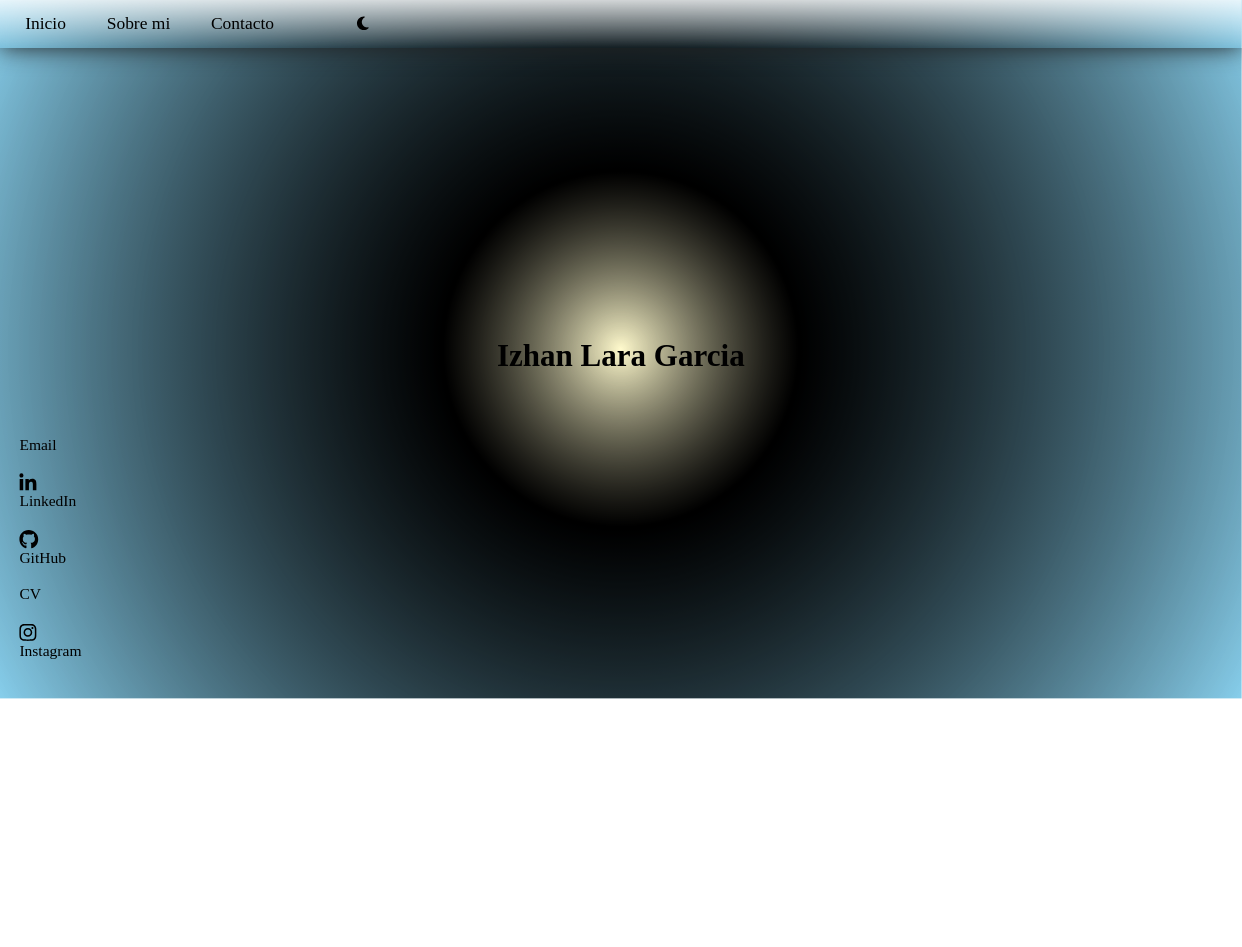
Repository: izhanlaraagarcia/izhanlaraagarcia.github.io
Page: / (app in vite-project/)
An editor plug-in stored every save of this project. The page is shown before and after the next save, followed by the edit.
The browser window is 1280 px wide. The pictures show the whole page, at 97% of full size.
The project was rebuilt for these pictures with package versions that can differ from the ones it lists, and the page was loaded fresh each time. Also part of the build but not shown: vite-project/vite.config.js, vite-project/src/pages/About/styles/about.scss, vite-project/src/pages/About/about.jsx, vite-project/src/pages/Contact/contact.jsx.

Above is the page before, as saved 2024-08-19 14:07:03.

### vite-project/index.html
<!doctype html>
<html lang="en">
  <head>
    <meta charset="UTF-8" />
    <meta name="viewport" content="width=device-width, initial-scale=1.0" />
    <title>Izhan Lara Garcia</title>
  </head>
  <body>
    <div id="root"></div>
    <script type="module" src="/src/main.jsx"></script>
  </body>
</html>

### vite-project/src/App.jsx
import React from "react";
import { BrowserRouter as Router, Route, Routes } from "react-router-dom";
import Menu from "./Componentes-Generales/menu.jsx";
import Inicio from "./Home/Inicio.jsx";
import About from "./pages/About/about.jsx";
import Contact from "./pages/Contact/contact.jsx";
import { ThemeProvider } from "./Constants/themaContext.jsx";

import { library } from "@fortawesome/fontawesome-svg-core";
import { fas } from "@fortawesome/free-solid-svg-icons";

library.add(fas);

class App extends React.Component {
  render() {
    return (
      <ThemeProvider>
        <Router>
          <Menu />
          <Routes>
            <Route path="/" element={<Inicio />} />
            <Route path="/sobre-mi" element={<About />} />
            <Route path="/contacto" element={<Contact />} />
          </Routes>
        </Router>
      </ThemeProvider>
    );
  }
}

export default App;

### vite-project/src/index.css
/* :root {
  font-family: Inter, system-ui, Avenir, Helvetica, Arial, sans-serif;
  line-height: 1.5;
  font-weight: 400;

  color-scheme: light dark;
  color: rgba(255, 255, 255, 0.87);
  background-color: #242424;

  font-synthesis: none;
  text-rendering: optimizeLegibility;
  -webkit-font-smoothing: antialiased;
  -moz-osx-font-smoothing: grayscale;
}

a {
  font-weight: 500;
  color: #646cff;
  text-decoration: inherit;
}

a:hover {
  color: #535bf2;
}



h1 {
  font-size: 3.2em;
  line-height: 1.1;
}

button {
  border-radius: 8px;
  border: 1px solid transparent;
  padding: 0.6em 1.2em;
  font-size: 1em;
  font-weight: 500;
  font-family: inherit;
  background-color: #1a1a1a;
  cursor: pointer;
  transition: border-color 0.25s;
}

button:hover {
  border-color: #646cff;
}

button:focus,
button:focus-visible {
  outline: 4px auto -webkit-focus-ring-color;
}

@media (prefers-color-scheme: light) {
  :root {
    color: #213547;
    background-color: #ffffff;
  }

  a:hover {
    color: #747bff;
  }

  button {
    background-color: #f9f9f9;
  }
} */

body {
  right: 0;
  margin: 0%;
  width: 100%;
  margin-top: 20%;
  text-align: center;
  min-width: 320px;
  min-height: 100vh;

}

button {
  border-radius: 8px;
  border: 1px solid transparent;
  padding: 0.6em 1.2em;
  font-size: 1em;
  font-weight: 500;
  font-family: inherit;
  background-color: #1a1a1a;
  cursor: pointer;
  transition: border-color 0.25s;
}

### vite-project/src/Componentes-Generales/menu.jsx
import React from "react";
import { Link } from "react-router-dom";
import "./styles/menu.scss";
import TemaComponent from "./thema";
import { useTheme } from "../Constants/themaContext";

// import { LANGUAGES } from "../Constants/lenguaje";

const Menu = () => {
  const { dark } = useTheme();
  return (
    <header>
      <nav className={`menu ${dark ? 'dark-mode' : 'light-mode'}`}>
        <ul>
          <li>
            <Link to="/">Inicio</Link>
            <i className="fas fa-address-card" aria-hidden="true"></i>
          </li>
          <li>
            <Link to="/sobre-mi">Sobre mi</Link>
          </li>
          <li>
            <Link to="/contacto">Contacto</Link>
          </li>
          <li>
            <TemaComponent />
          </li>
        </ul>
      </nav>
    </header>
  );
};

export default Menu;

### vite-project/src/Home/Inicio.jsx
import React from "react";
import "./Styles/estilos.scss";
import Background from "../Componentes-Generales/background";

import SocialMedia from '../Componentes-Generales/social';


const Inicio = () => {
  return (
    <div className="portfolio">
      <header>
        <h1>Izhan Lara Garcia</h1>
      </header>
      <div className="social-media-container">
        <SocialMedia/>
      </div>
      <Background/>
    </div>
  );
};

export default Inicio;

### vite-project/src/Constants/themaContext.jsx
import React, { createContext, useState, useContext } from "react";

const ThemeContext = createContext();

export const useTheme = () => useContext(ThemeContext);

export const ThemeProvider = ({ children }) => {
  const [dark, setDark] = useState(false);

  const toggleTheme = () => {
    setDark((prevDark) => !prevDark);
  };

  return (
    <ThemeContext.Provider value={{ dark, toggleTheme }}>
      {children}
    </ThemeContext.Provider>
  );
};

### vite-project/src/Componentes-Generales/styles/menu.scss
/* src/Componentes-Generales/styles/menu.css */

nav {
  top: 0;
  right: 0;
  margin: 0;
  padding: 0;
  position: fixed;
  width: 100%;
  background: linear-gradient(to bottom, rgba(255, 255, 255, 0.8), rgba(255, 255, 255, 0)) no-repeat;
  backdrop-filter: blur(5px);
  box-shadow: 0px 0px 25px #222;
  z-index: 10;

}

nav ul {
  list-style-type: none;
  padding: 0;
  margin: 0;
  display: flex;
  align-items: center;
}

nav li {
  margin-left: 10px;
}

nav a {
  display: flex;
  align-items: center;
  text-align: center;
  padding: 14px 16px;
  text-decoration: none;
  font-size: 18px;
  color: inherit;
  position: relative;
  overflow: hidden;
  transition: color 0.3s;
}

nav a:hover {
  color: #00aaff;
}

.fa-icon {
  margin-left: 8px;
}

.light-mode {
  color: black;
}

.dark-mode {
  color: white;
}

body {
  transition: background-color 0.5s, color 0.5s;
}

#tema {
  margin-left: 10px;
}

### vite-project/src/Componentes-Generales/thema.jsx
// TemaComponent.jsx
import React from "react";
import { FontAwesomeIcon } from "@fortawesome/react-fontawesome";
import { faSun, faMoon } from "@fortawesome/free-solid-svg-icons";
import { useTheme } from "../Constants/themaContext"; // Asegúrate de importar correctamente

const TemaComponent = () => {
  const { dark, toggleTheme } = useTheme();

  const handleClick = () => {
    toggleTheme();
    if (dark) {
      document.body.style.backgroundColor = "white";
      document.body.classList.remove("dark-mode");
      document.body.classList.add("light-mode");
    } else {
      document.body.style.backgroundColor = "black";
      document.body.classList.remove("light-mode");
      document.body.classList.add("dark-mode");
    }
  };

  return (
    <button
      id="tema"
      style={{
        cursor: "pointer",
        background: "none",
        border: "none",
        outline: "none",
        marginLeft: "80%",
      }}
      onClick={handleClick}
      aria-label={dark ? "Cambiar al modo claro" : "Cambiar al modo oscuro"}
    >
      <FontAwesomeIcon
        icon={dark ? faSun : faMoon}
        style={{ color: dark ? "white" : "inherit" }}
      />
    </button>
  );
};

export default TemaComponent;

### vite-project/src/Home/Styles/estilos.scss
h1 {
  text-align: center;
}

h1 {
  position: absolute;
  top: 48%;
  left: 50%;
  transform: translate(-50%, -50%);
  text-align: center;
}

### vite-project/src/Componentes-Generales/background.jsx
import React from "react";
import "./styles/background.scss";

class Background extends React.Component {
  render() {
    return (
      <div></div>
    );
  }
}

export default Background;

### vite-project/src/Componentes-Generales/social.jsx
import React from 'react';
import "./styles/social.scss"
import { FontAwesomeIcon } from '@fortawesome/react-fontawesome';
import { faEnvelope, faLinkedinIn, faGithub, faFilePdf, faInstagram } from '@fortawesome/free-brands-svg-icons'

const SocialMedia = () => {
  return (
    <div className="social-media-container">
      <ul>
        <li>
          <a href="mailto:izhanlaragarcia@gmail.com" target="_blank" rel="noopener noreferrer">
            <FontAwesomeIcon icon={faEnvelope} size="lg" />
            Email
          </a>
        </li>
        <li>
          <a href="https://www.linkedin.com/in/izhan-lara-garcia/" target="_blank" rel="noopener noreferrer">
            <FontAwesomeIcon icon={faLinkedinIn} size="lg" />
            LinkedIn
          </a>
        </li>
        <li>
          <a href="https://github.com/izhanlg" target="_blank" rel="noopener noreferrer">
            <FontAwesomeIcon icon={faGithub} size="lg" />
            GitHub
          </a>
        </li>
        <li>
          <a href="/IzhanLaraGarcia.pdf" target="_blank" rel="noopener noreferrer">
            <FontAwesomeIcon icon={faFilePdf} size="lg" />
            CV
          </a>
        </li>
        <li>
          <a href="https://www.instagram.com/izhanlg/" target="_blank" rel="noopener noreferrer">
            <FontAwesomeIcon icon={faInstagram} size="lg" />
            Instagram
          </a>
        </li>
      </ul>
    </div>
  );
};

export default SocialMedia;

### vite-project/src/Componentes-Generales/styles/background.scss
html, body { height: 100%; }

body {
    background: radial-gradient(circle, lemonchiffon, black 25%, skyblue);
    background-repeat: no-repeat;
    background-size: cover;
    height: 100vh;
    margin:  0;
}

body:after {
    content: '';
    position: absolute;
    top: 0; right: 0; left: 0; bottom: 0;
    background: radial-gradient(circle, transparent, black 25%, transparent);
    animation: color 1.5s infinite ease-out alternate;
    opacity: 0;
}

@keyframes color {
    0% {  background: radial-gradient(circle, transparent, black 25%, transparent); }
    100% { opacity: 1; }
}

### vite-project/src/Componentes-Generales/styles/social.scss
.social-media-container {
  position: absolute; // Posiciona el contenedor en la parte inferior
  bottom: 0; // Posiciona el contenedor en la parte inferior
  left: 0; // Posiciona el contenedor en la parte izquierda
  padding: 20px; // Agrega un padding para que no se peguen a los bordes
  ul {
    list-style: none; // Elimina los puntos de la lista
    padding: 0; // Elimina el padding de la lista
    margin: 0; // Elimina el margen de la lista
    text-align: left; // Alinea el texto a la izquierda
  }
  li {
    margin-bottom: 20px; // Agrega un margen inferior para separar los items
  }
  a {
    color: black; // Texto blanco
    text-decoration: none; // Elimina el subrayado de los enlaces
  }
  a:hover {
    color: #ccc; // Texto gris claro al pasar el mouse
    cursor: pointer;
  }
  .fa-icon {
    font-size: 30px; // Tamaño de los iconos
    margin-right: 10px; // Agrega un margen derecho para separar los iconos del texto
  }
}

Loaded but not shown: vite-project/src/main.jsx (common file)

After the next save:
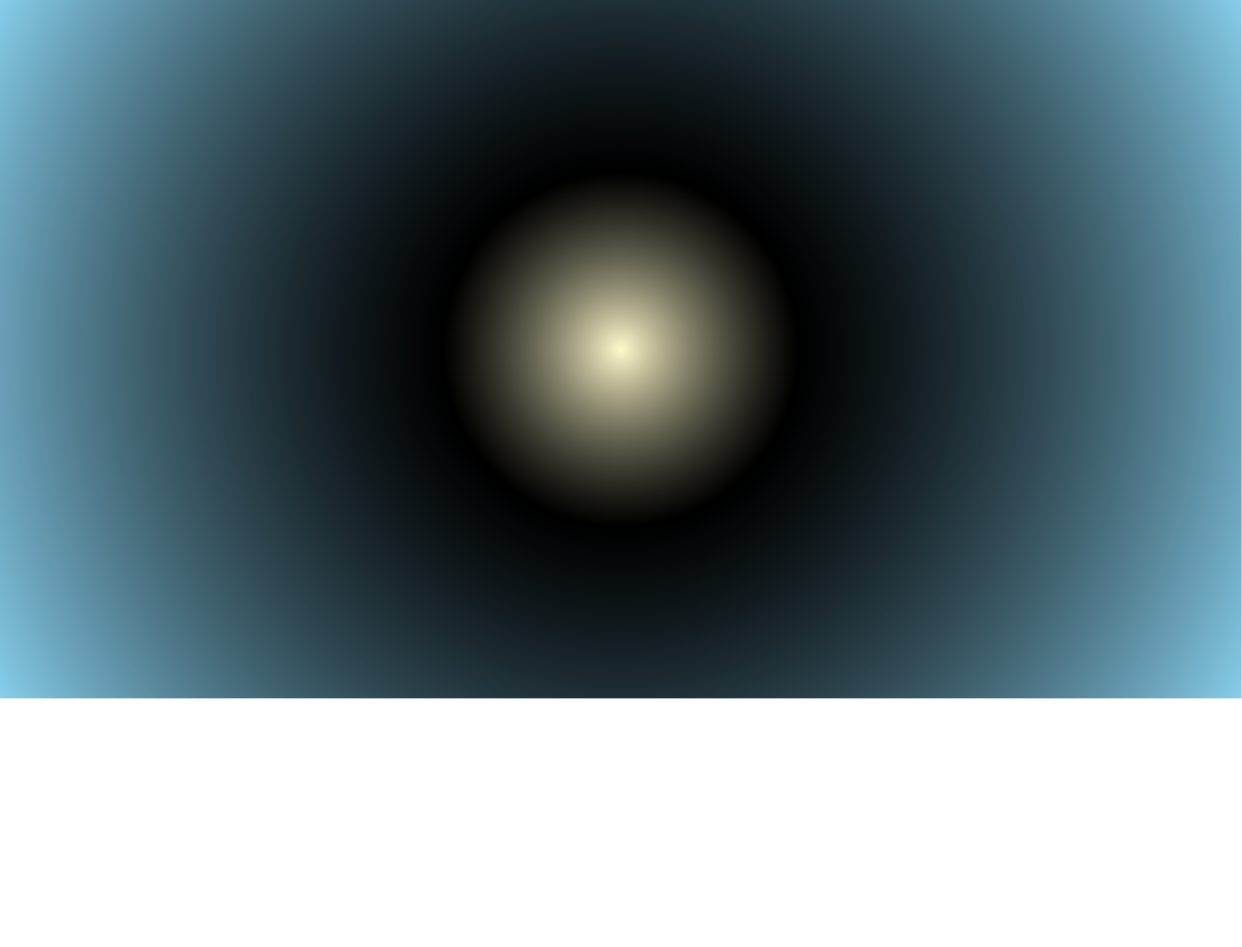
Console error: ReferenceError: faFilePdf is not defined
Saved 40 s later.
--- a/vite-project/src/Componentes-Generales/social.jsx
+++ b/vite-project/src/Componentes-Generales/social.jsx
@@ -1,7 +1,8 @@
 import React from 'react';
 import "./styles/social.scss"
 import { FontAwesomeIcon } from '@fortawesome/react-fontawesome';
-import { faEnvelope, faLinkedinIn, faGithub, faFilePdf, faInstagram } from '@fortawesome/free-brands-svg-icons'
+import { faEnvelope } from '@fortawesome/free-solid-svg-icons';
+import { faLinkedinIn, faGithub, faInstagram } from '@fortawesome/free-brands-svg-icons';
 
 const SocialMedia = () => {
   return (

After the 2 saves that followed:
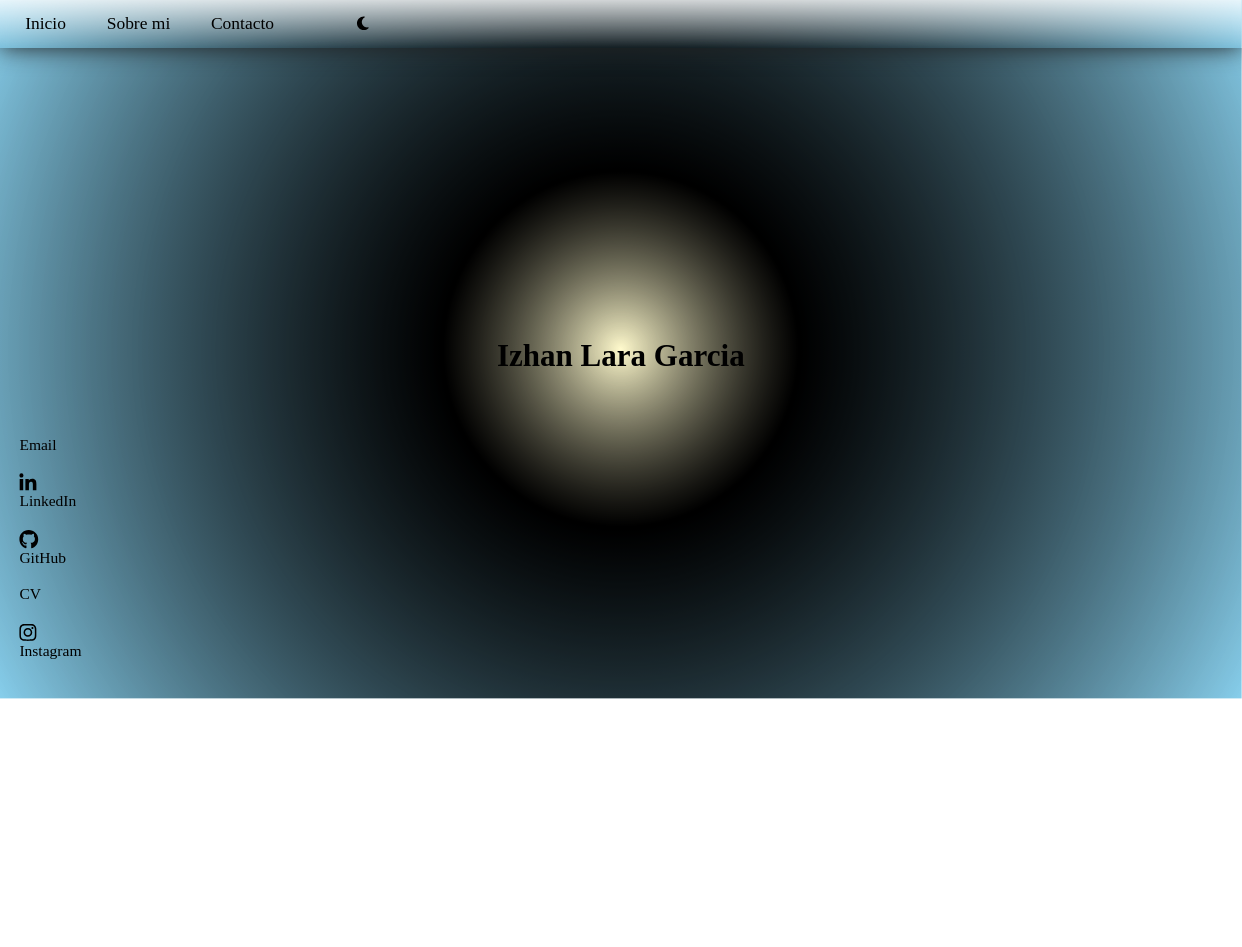
The error is gone.
The 2 saves are shown as one change because they came seconds apart.
The last was saved 13 s later.
--- a/vite-project/src/Componentes-Generales/social.jsx
+++ b/vite-project/src/Componentes-Generales/social.jsx
@@ -1,8 +1,7 @@
 import React from 'react';
 import "./styles/social.scss"
 import { FontAwesomeIcon } from '@fortawesome/react-fontawesome';
-import { faEnvelope } from '@fortawesome/free-solid-svg-icons';
-import { faLinkedinIn, faGithub, faInstagram } from '@fortawesome/free-brands-svg-icons';
+import { fab } from '@fortawesome/free-brands-svg-icons'
 
 const SocialMedia = () => {
   return (
@@ -10,31 +9,31 @@
       <ul>
         <li>
           <a href="mailto:izhanlaragarcia@gmail.com" target="_blank" rel="noopener noreferrer">
-            <FontAwesomeIcon icon={faEnvelope} size="lg" />
+            <FontAwesomeIcon icon={fab.faEnvelope} size="lg" pointerEvents="auto" />
             Email
           </a>
         </li>
         <li>
           <a href="https://www.linkedin.com/in/izhan-lara-garcia/" target="_blank" rel="noopener noreferrer">
-            <FontAwesomeIcon icon={faLinkedinIn} size="lg" />
+            <FontAwesomeIcon icon={fab.faLinkedinIn} size="lg" pointerEvents="auto" />
             LinkedIn
           </a>
         </li>
         <li>
           <a href="https://github.com/izhanlg" target="_blank" rel="noopener noreferrer">
-            <FontAwesomeIcon icon={faGithub} size="lg" />
+            <FontAwesomeIcon icon={fab.faGithub} size="lg" pointerEvents="auto" />
             GitHub
           </a>
         </li>
         <li>
           <a href="/IzhanLaraGarcia.pdf" target="_blank" rel="noopener noreferrer">
-            <FontAwesomeIcon icon={faFilePdf} size="lg" />
+            <FontAwesomeIcon icon={fab.faFilePdf} size="lg" pointerEvents="auto" />
             CV
           </a>
         </li>
         <li>
           <a href="https://www.instagram.com/izhanlg/" target="_blank" rel="noopener noreferrer">
-            <FontAwesomeIcon icon={faInstagram} size="lg" />
+            <FontAwesomeIcon icon={fab.faInstagram} size="lg" pointerEvents="auto" />
             Instagram
           </a>
         </li>
